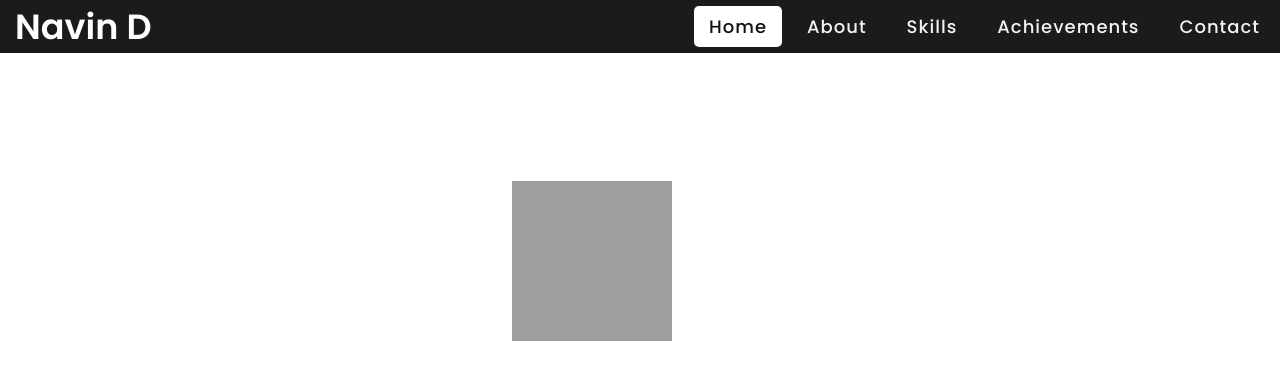
Repository: NavinDayanithi/OIBSIP
Page: Portfolio/index.html
These files come from the project's save history. The page is drawn as it stood at one moment and after a run of saves; the edit follows.
The browser window is 1280 px wide. The pictures show the whole page.
Pictures or frames that could not be fetched are drawn as grey boxes.

Above is the page before, as saved 2023-02-15 10:50:29.

### Portfolio/index.html
<!DOCTYPE html>
<!-- Created By CodingNepal -->
<html lang="en" dir="ltr">
   <head>
      <meta charset="utf-8">
      <title>Navin's Portfolio</title>
      <link rel="stylesheet" href="style.css">
      <link rel="stylesheet" href="https://cdnjs.cloudflare.com/ajax/libs/font-awesome/5.15.3/css/all.min.css"/>
      <meta name="viewport" content="width=device-width, initial-scale=1.0">
   </head>
   <body>
      <nav>
         <div class="logo">
            Navin D
         </div>
         <input type="checkbox" id="click">
         <label for="click" class="menu-btn">
         <i class="fas fa-bars"></i>
         </label>
         <ul>
            <li><a class="active" href="#">Home</a></li>
            <li><a href="#">About</a></li>
            <li><a href="#">Skills</a></li>
            <li><a href="#">Achievements</a></li>
            <li><a href="#">Contact</a></li>
         </ul>
      </nav>
      <div >
        <img src="E:\OASIS INTERNSHIP\Portfolio\navinppimg.jpeg"  class="img1" alt="navinimg">
      </div>
      <!-- <div class="text-box">
        <h1 class="heading-primary">
         <span class="heading-primary-main">I am a Programmer</span>
          <span class="heading-primary-sub">and a front end developer</span>
         </h1>
   </div> -->
   </body>
</html>

### Portfolio/style.css
@import url('https://fonts.googleapis.com/css?family=Poppins:400,500,600,700&display=swap');
*{
  margin: 0;
  padding: 0;
  box-sizing: border-box;
  font-family: 'Poppins', sans-serif;
}
nav{
  display: flex;
  height: auto;
  width: auto;
  background: #1b1b1b;
  align-items: center;
  justify-content: space-between;
  /* padding: 0 50px 0 50px; */
  /* flex-wrap: wrap; */
}
nav .logo{
  color: #fff;
  font-size: 35px;
  font-weight: 600;
  margin-left: 15px;
}
nav ul{
  display: flex;
  flex-wrap: wrap;
  list-style: none;
}
nav ul li{
  margin: 0 5px;
}
nav ul li a{
  color: #f2f2f2;
  text-decoration: none;
  font-size: 18px;
  font-weight: 500;
  padding: 8px 15px;
  border-radius: 5px;
  letter-spacing: 1px;
  transition: all 0.3s ease;
}
nav ul li a.active,
nav ul li a:hover{
  color: #111;
  background: #fff;
}
nav .menu-btn i{
  color: #fff;
  font-size: 22px;
  cursor: pointer;
  display: none;
}
input[type="checkbox"]{
  display: none;
}
@media (max-width: 1000px){
  nav{
    padding: 0 40px 0 50px;
  }
}
@media (max-width: 920px) {
  nav .menu-btn i{
    display: block;
  }
  #click:checked ~ .menu-btn i:before{
    content: "\f00d";
  }
  nav ul{
    position: fixed;
    top: 80px;
    left: -100%;
    background: #111;
    height: 100vh;
    width: 100%;
    text-align: center;
    display: block;
    transition: all 0.3s ease;
  }
  #click:checked ~ ul{
    left: 0;
  }
  nav ul li{
    width: 100%;
    margin: 40px 0;
  }
  nav ul li a{
    width: 100%;
    margin-left: -100%;
    display: block;
    font-size: 20px;
    transition: 0.6s cubic-bezier(0.68, -0.55, 0.265, 1.55);
  }
  #click:checked ~ ul li a{
    margin-left: 0px;
  }
  nav ul li a.active,
  nav ul li a:hover{
    background: none;
    color: cyan;
  }
}
.content{
  position: absolute;
  top: 50%;
  left: 50%;
  transform: translate(-50%, -50%);
  text-align: center;
  z-index: -1;
  width: 100%;
  padding: 0 30px;
  color: #1b1b1b;
}
.content div{
  font-size: 40px;
  font-weight: 700;
}

.text-box {
    position: absolute;
    top: 70%;
    left: 50%;
    transform: translate(-50%, -50%);
    text-align:center;
  }

  .heading-primary {
      color:#333;
      text-transform: uppercase;
  }

  .heading-primary-main {
      display: block;
      font-size: 60px;
      font-weight: 400;
      letter-spacing: 20px;
     /*  Animation decalaration   */
      animation-name: moveInleft;
      animation-duration: 3s;
  }

  .heading-primary-sub {
      display: block;
      font-size: 20px;
      font-weight: 700;
      letter-spacing: 12.9px;

      animation-name: moveInRight;
      animation-duration: 3s;
  }

  @keyframes moveInleft {
      0% {
          opacity: 0;
          transform: translateX(-100px);
      }

      80% {
          transform: translateX(10px);
      }
      100% {
          opacity: 1;
          transform: translate(0);
      }
  }

  @keyframes moveInRight {
      0% {
          opacity: 0;
          transform: translateX(100px);
      }

      80% {
          transform: translateX(-10px);
      }

      100% {
          opacity: 1;
          transform: translate(0);
      }

  }
  .img1{
    margin-left: 40%;
    margin-right: 50%;
     margin-top: 10%;
    display: block;
    height: 160px;
    width:160px;


  }

After the next 3 saves:
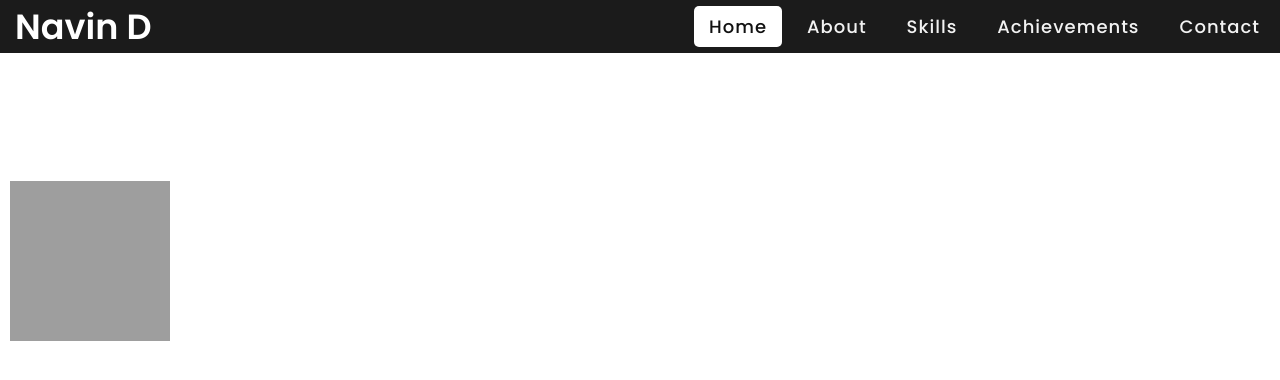
The 3 saves are shown as one change because they came seconds apart.
The last was saved 40 s later.
--- a/Portfolio/style.css
+++ b/Portfolio/style.css
@@ -180,7 +180,7 @@
 
   }
   .img1{
-    margin-left: 40%;
+    margin-left: 10px;
     margin-right: 50%;
      margin-top: 10%;
     display: block;
